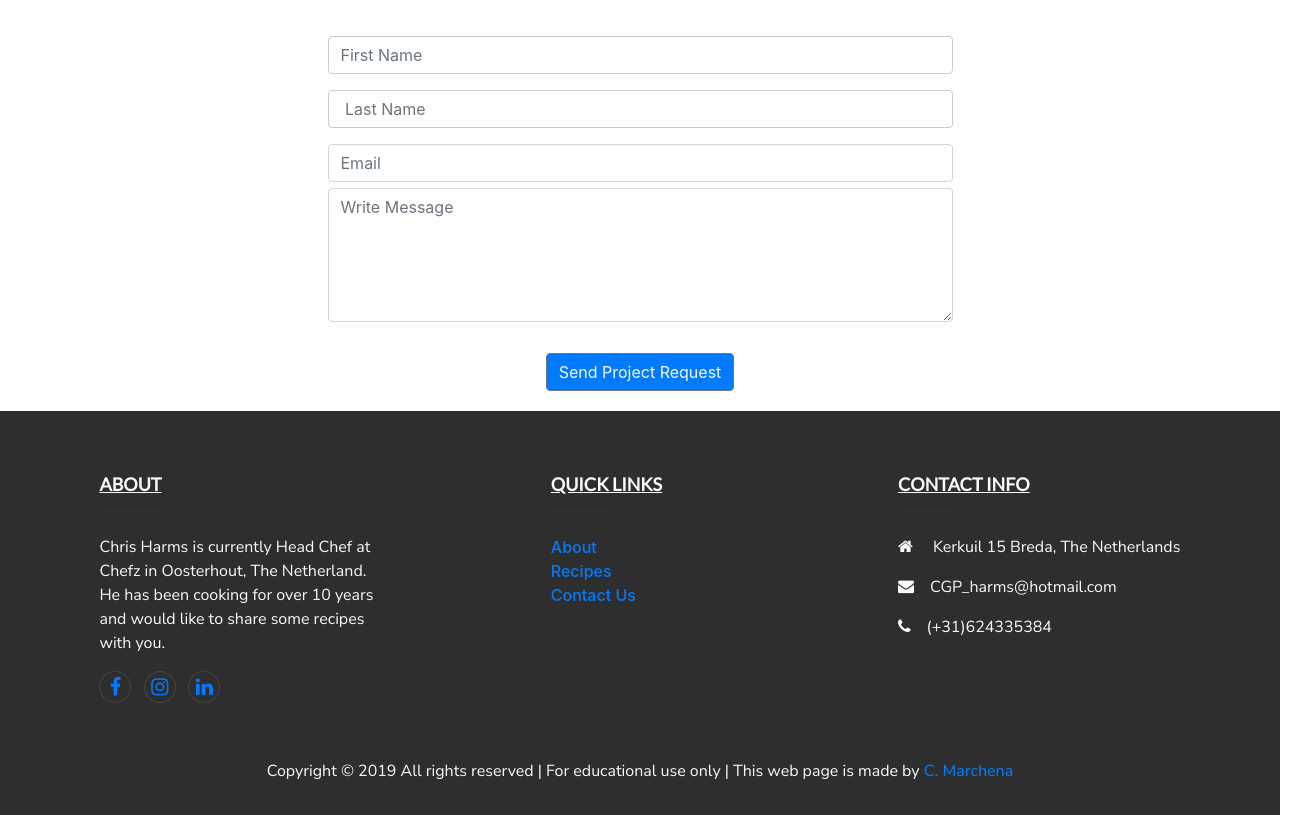
Repository: dugudugu/chris-harms-web
Page: contact.html
The author's editor kept a record of every edit. The page is drawn from the files as they stood at one moment, then again after the next edit.
The browser window is 1280 px wide. The page is 1295 px wide, so the pictures cover 1295 px, including what lies to the right of the window. The pictures show the part of the page from y = 640 to 1465 px (the page is 1455 px tall before and 1465 px after).
Some web fonts or font styles are not loaded; a fallback is used.

Above is the page before.

After the next edit:
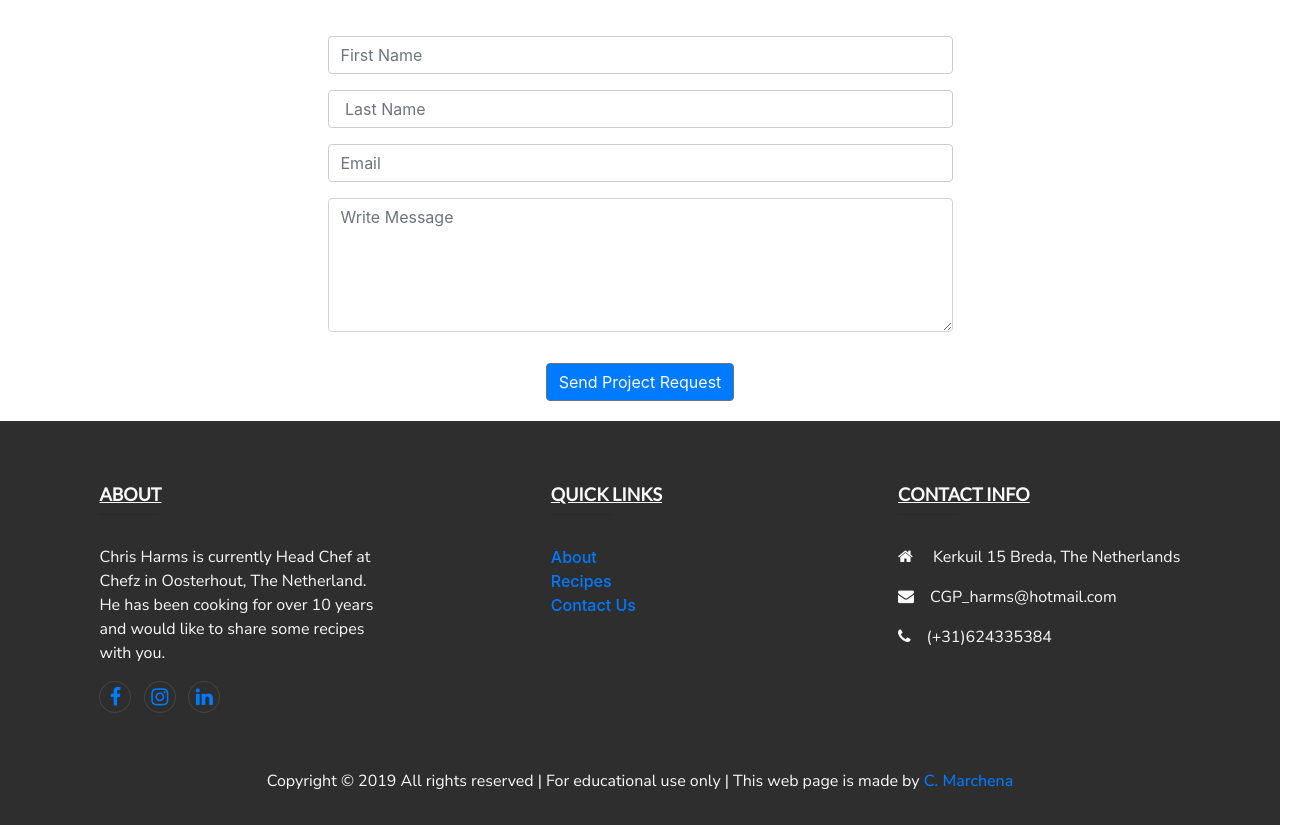
The edit:
--- a/css/contact.css
+++ b/css/contact.css
@@ -61,6 +61,17 @@ p {
 
 
 input[type=text], select, textarea {
+  width: 100%;
+  padding: 12px;
+  border: 1px solid #ccc;
+  border-radius: 4px;
+  box-sizing: border-box;
+  margin-top: 6px;
+  margin-bottom: 16px;
+  resize: vertical
+}
+
+input[type=email], select, textarea {
   width: 100%;
   padding: 12px;
   border: 1px solid #ccc;
